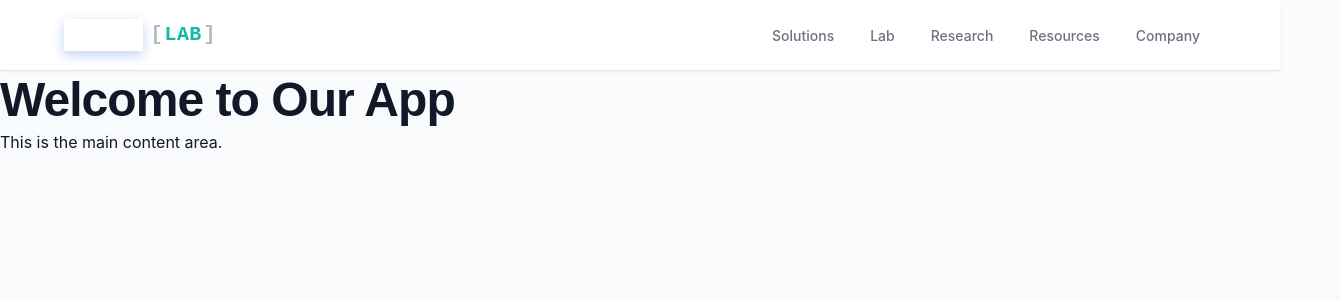
Repository: VladimirGagarin/shelf
Page: /
These files come from the project's save history. The page is drawn as it stood at one moment and after the next save; the edit follows.
The browser window is 1280 px wide. The page is 1340 px wide, so the pictures cover 1340 px, including what lies to the right of the window. The pictures show the whole page.
The project was rebuilt for these pictures with package versions that can differ from the ones it lists, and the page was loaded fresh each time. Also part of the build but not shown: vite.config.js, src/App.css, src/About/about.jsx.

Above is the page before, as saved 2026-07-13 18:29:39.

### index.html
<!doctype html>
<html lang="en">
  <head>
    <meta charset="UTF-8" />
    <link rel="icon" type="image/svg+xml" href="/favicon.svg" />
    <meta name="viewport" content="width=device-width, initial-scale=1.0" />
    <title>shelf-lab</title>
  </head>
  <body>
    <div id="root"></div>
    <script type="module" src="/src/main.jsx"></script>
  </body>
</html>

### src/main.jsx
import { StrictMode } from 'react'
import { createRoot } from 'react-dom/client'
import './index.css'
import App from './App.jsx'
import { createBrowserRouter, RouterProvider } from "react-router-dom";
import AboutPage from './About/about.jsx'

const router = createBrowserRouter([
  {
    path: "/",
    element: <App />,
  },
  {
    path: "/about",
    element: <AboutPage />,
  },
  {
    path:"*",
    element: <App/>,
  }
]);

createRoot(document.getElementById('root')).render(
  <StrictMode>
    <RouterProvider router={router} />
  </StrictMode>,
)

### src/App.jsx
import Navbar from "./Shared/components/Navbar"
import './App.css'

function App() {


  return (
    <>
      <Navbar />
      <section className="LandingPage">
        <h1>Welcome to Our App</h1>
        <p>This is the main content area.</p>
      </section>
      <section className="LandingPage"></section>
    </>
  )
}

export default App

### src/Shared/components/Navbar.jsx
import "./Navbar.css";
import { FaBars, FaTimes } from "react-icons/fa";
import { useState, useEffect, useRef } from "react";

export default function Navbar() {
  const [isMobile, setIsMobile] = useState(window.innerWidth <= 768);
  const [isMenuOpen, setIsMenuOpen] = useState(false);
  const menuRef = useRef(null);
  const buttonRef = useRef(null);

  // Handle window resize
  useEffect(() => {
    const handleResize = () => {
      const mobile = window.innerWidth <= 768;
      setIsMobile(mobile);
      if (!mobile) setIsMenuOpen(false); // Close menu on desktop
    };

    window.addEventListener("resize", handleResize);
    return () => window.removeEventListener("resize", handleResize);
  }, []);

  // Handle click outside to close menu
  useEffect(() => {
    const handleClickOutside = (event) => {
      if (
        isMenuOpen &&
        menuRef.current &&
        !menuRef.current.contains(event.target) &&
        !buttonRef.current.contains(event.target)
      ) {
        setIsMenuOpen(false);
      }
    };

    document.addEventListener("mousedown", handleClickOutside);
    return () => document.removeEventListener("mousedown", handleClickOutside);
  }, [isMenuOpen]);

  // Handle escape key to close menu
  useEffect(() => {
    const handleEscape = (event) => {
      if (isMenuOpen && event.key === "Escape") {
        setIsMenuOpen(false);
      }
    };

    document.addEventListener("keydown", handleEscape);
    return () => document.removeEventListener("keydown", handleEscape);
  }, [isMenuOpen]);

  // Prevent body scroll when menu is open on mobile
  useEffect(() => {
    if (isMenuOpen && isMobile) {
      document.body.style.overflow = "hidden";
    } else {
      document.body.style.overflow = "unset";
    }
    return () => {
      document.body.style.overflow = "unset";
    };
  }, [isMenuOpen, isMobile]);

  const toggleMenu = () => {
    setIsMenuOpen(!isMenuOpen);
  };

  const navItems = [
    {
      title: "Solutions",
      children: [
        { label: "Services", link: "/services" },
        { label: "Industries", link: "/industries" },
        { label: "Case Studies", link: "/case-studies" },
        { label: "Request Solution", link: "/request" },
      ],
    },
    {
      title: "Lab",
      children: [
        { label: "Algorithms", link: "/algorithms" },
        { label: "Experiments", link: "/experiments" },
        { label: "Challenges", link: "/challenges" },
        { label: "Demos", link: "/demos" },
      ],
    },
    {
      title: "Research",
      children: [
        { label: "Research Lab", link: "/research" },
        { label: "Benchmarks", link: "/benchmarks" },
        { label: "Publications", link: "/publications" },
      ],
    },
    {
      title: "Resources",
      children: [
        { label: "Blog", link: "/blog" },
        { label: "Tutorials", link: "/tutorials" },
        { label: "Documentation", link: "/docs" },
      ],
    },
    {
      title: "Company",
      children: [
        { label: "About", link: "/about" },
        { label: "Careers", link: "/careers" },
        { label: "Contact", link: "/contact" },
      ],
    },
  ];

  return (
    <>
      <nav className="navbar" role="navigation" aria-label="Main navigation">
        <div className="navbar-container">
          {/* Logo */}
          <div className="nav-logo">
            <a href="/" aria-label="ShelfLab Home">
              <h2 className="hero-title">
                <span className="shelf-box">SHELF</span>
                <span className="lab-text">LAB</span>
              </h2>
            </a>
          </div>

          {/* Desktop Menu */}
          {!isMobile && (
            <div className="nav-menu">
              <ul className="nav-list">
                {navItems.map((item, index) => (
                  <li key={index} className="nav-item">
                    <button
                      className="nav-link"
                      aria-haspopup="true"
                      aria-expanded="false"
                    >
                      {item.title}
                    </button>
                    <ul className="dropdown-menu">
                      {item.children.map((child, childIndex) => (
                        <li key={childIndex}>
                          <a href={child.link} className="dropdown-link">
                            {child.label}
                          </a>
                        </li>
                      ))}
                    </ul>
                  </li>
                ))}
              </ul>
            </div>
          )}

          {/* Mobile Menu Button */}
          {isMobile && (
            <button
              ref={buttonRef}
              className="menu-toggle"
              onClick={toggleMenu}
              aria-label={isMenuOpen ? "Close menu" : "Open menu"}
              aria-expanded={isMenuOpen}
              aria-controls="mobile-menu"
            >
              {isMenuOpen ? <FaTimes /> : <FaBars />}
            </button>
          )}
        </div>
      </nav>

      {/* Mobile Menu Overlay */}
      {isMobile && (
        <div
          id="mobile-menu"
          ref={menuRef}
          className={`mobile-menu ${isMenuOpen ? "open" : ""}`}
          role="dialog"
          aria-modal="true"
          aria-label="Mobile navigation"
        >
          <div className="mobile-menu-content">
            <ul className="mobile-nav-list">
              {navItems.map((item, index) => (
                <li key={index} className="mobile-nav-item">
                  <div className="mobile-nav-header">
                    <span>{item.title}</span>
                  </div>
                  <ul className="mobile-submenu">
                    {item.children.map((child, childIndex) => (
                      <li key={childIndex}>
                        <a
                          href={child.link}
                          className="mobile-nav-link"
                          onClick={() => setIsMenuOpen(false)}
                        >
                          {child.label}
                        </a>
                      </li>
                    ))}
                  </ul>
                </li>
              ))}
            </ul>
          </div>
        </div>
      )}
    </>
  );
}

### src/About/about.css
/* about.css */

/* ========================================
   ABOUT PAGE STYLES
   ======================================== */

   :root {
  /* ===== COLORS ===== */
  /* Backgrounds */
  --bg-primary: #F8FAFC;
  --bg-surface: #FFFFFF;
  --bg-card: #FFFFFF;

  /* Primary */
  --color-primary: #2563EB;
  --color-primary-hover: #1D4ED8;

  /* Accent */
  --color-accent: #14B8A6;

  /* Text */
  --color-text: #111827;
  --color-text-secondary: #6B7280;

  /* Borders */
  --color-border: #E5E7EB;

  /* Status */
  --color-success: #22C55E;
  --color-warning: #F59E0B;
  --color-danger: #EF4444;

  /* ===== TYPOGRAPHY ===== */
  /* Font Families */
  --font-heading: 'Space Grotesk', 'Sora', sans-serif;
  --font-body: 'Inter', -apple-system, BlinkMacSystemFont, 'Segoe UI', Roboto, sans-serif;
  --font-code: 'JetBrains Mono', 'Fira Code', 'Cascadia Code', monospace;

  /* Font Sizes */
  --text-xs: 0.75rem;    /* 12px */
  --text-sm: 0.875rem;   /* 14px */
  --text-base: 1rem;     /* 16px */
  --text-lg: 1.125rem;   /* 18px */
  --text-xl: 1.25rem;    /* 20px */
  --text-2xl: 1.5rem;    /* 24px */
  --text-3xl: 1.875rem;  /* 30px */
  --text-4xl: 2.25rem;   /* 36px */
  --text-5xl: 3rem;      /* 48px */

  /* Font Weights */
  --font-light: 300;
  --font-regular: 400;
  --font-medium: 500;
  --font-semibold: 600;
  --font-bold: 700;
}

/* ===== DARK THEME ===== */
@media (prefers-color-scheme: dark) {
  :root {
    /* Backgrounds */
    --bg-primary: #0B1220;
    --bg-surface: #111827;
    --bg-card: #1E293B;

    /* Primary */
    --color-primary: #3B82F6;
    --color-primary-hover: #2563EB;

    /* Accent */
    --color-accent: #2DD4BF;

    /* Text */
    --color-text: #F8FAFC;
    --color-text-secondary: #CBD5E1;

    /* Borders */
    --color-border: #334155;

    /* Status */
    --color-success: #22C55E;
    --color-warning: #FBBF24;
    --color-danger: #F87171;
  }
}

/* ========================================
   HERO SECTION
   ======================================== */

.hero-section {
  min-height: 80vh;
  display: flex;
  align-items: center;
  background: linear-gradient(135deg, var(--bg-primary) 0%, var(--bg-surface) 100%);
  padding: 4rem 2rem;
  position: relative;
  overflow: hidden;
}

.hero-content {
  flex: 1;
  max-width: 700px;
  position: relative;
  z-index: 2;
}

.hero-badge {
  display: inline-block;
  background: var(--color-primary);
  color: white;
  padding: 0.25rem 1rem;
  border-radius: 50px;
  font-size: var(--text-xs);
  font-weight: var(--font-semibold);
  text-transform: uppercase;
  letter-spacing: 0.05em;
  margin-bottom: 1.5rem;
}

.hero-content h1 {
  font-size: var(--text-5xl);
  font-weight: var(--font-bold);
  color: var(--color-text);
  margin-bottom: 0.5rem;
  letter-spacing: -0.02em;
}

.hero-content h2 {
  font-size: var(--text-3xl);
  font-weight: var(--font-medium);
  color: var(--color-primary);
  margin-bottom: 1.5rem;
}

.hero-description {
  font-size: var(--text-lg);
  color: var(--color-text-secondary);
  line-height: 1.8;
  max-width: 550px;
  margin-bottom: 2rem;
}

.cta-group {
  display: flex;
  gap: 1rem;
  flex-wrap: wrap;
}

.btn-primary {
  display: inline-flex;
  align-items: center;
  gap: 0.5rem;
  background: var(--color-primary);
  color: white;
  padding: 0.75rem 1.75rem;
  border-radius: 0.5rem;
  font-weight: var(--font-medium);
  text-decoration: none;
  transition: all 0.3s ease;
}

.btn-primary:hover {
  background: var(--color-primary-hover);
  transform: translateY(-2px);
  box-shadow: 0 10px 20px rgba(37, 99, 235, 0.3);
}

.btn-secondary {
  display: inline-flex;
  align-items: center;
  gap: 0.5rem;
  background: transparent;
  color: var(--color-text);
  padding: 0.75rem 1.75rem;
  border: 2px solid var(--color-border);
  border-radius: 0.5rem;
  font-weight: var(--font-medium);
  text-decoration: none;
  transition: all 0.3s ease;
}

.btn-secondary:hover {
  border-color: var(--color-primary);
  color: var(--color-primary);
  transform: translateY(-2px);
}

.hero-visual {
  flex: 1;
  position: relative;
  min-height: 400px;
}

.floating-shapes {
  position: relative;
  width: 100%;
  height: 100%;
}

.shape {
  position: absolute;
  border-radius: 50%;
  background: var(--color-primary);
  opacity: 0.1;
  animation: float 6s ease-in-out infinite;
}

.shape-1 {
  width: 200px;
  height: 200px;
  top: 20%;
  right: 20%;
  animation-delay: 0s;
}

.shape-2 {
  width: 150px;
  height: 150px;
  top: 50%;
  right: 50%;
  animation-delay: 2s;
  background: var(--color-accent);
}

.shape-3 {
  width: 100px;
  height: 100px;
  top: 10%;
  right: 60%;
  animation-delay: 4s;
  background: var(--color-success);
}

@keyframes float {
  0%, 100% { transform: translateY(0) rotate(0deg); }
  50% { transform: translateY(-20px) rotate(10deg); }
}

/* ========================================
   WHO WE ARE SECTION
   ======================================== */

.who-we-are-section {
  padding: 5rem 2rem;
  background: var(--bg-surface);
}

.section-container {
  max-width: 1200px;
  margin: 0 auto;
}

.section-header {
  text-align: center;
  margin-bottom: 3rem;
}

.section-tag {
  display: inline-block;
  color: var(--color-primary);
  font-size: var(--text-xs);
  font-weight: var(--font-semibold);
  text-transform: uppercase;
  letter-spacing: 0.1em;
  margin-bottom: 0.5rem;
}

.section-header h2 {
  font-size: var(--text-4xl);
  font-weight: var(--font-bold);
  color: var(--color-text);
  margin-bottom: 0.75rem;
}

.section-subtitle {
  font-size: var(--text-lg);
  color: var(--color-text-secondary);
  max-width: 600px;
  margin: 0 auto;
}

.who-we-are-grid {
  display: grid;
  grid-template-columns: 1fr 1fr;
  gap: 4rem;
  align-items: center;
}

.who-we-are-content p {
  font-size: var(--text-lg);
  color: var(--color-text-secondary);
  line-height: 1.8;
  margin-bottom: 1.5rem;
}

.who-we-are-stats {
  display: grid;
  grid-template-columns: 1fr 1fr 1fr;
  gap: 2rem;
}

.stat-item {
  text-align: center;
  padding: 2rem;
  background: var(--bg-primary);
  border-radius: 0.75rem;
  border: 1px solid var(--color-border);
}

.stat-number {
  display: block;
  font-size: var(--text-3xl);
  font-weight: var(--font-bold);
  color: var(--color-primary);
  margin-bottom: 0.5rem;
}

.stat-label {
  font-size: var(--text-sm);
  color: var(--color-text-secondary);
}

/* ========================================
   MISSION SECTION
   ======================================== */

.mission-section {
  padding: 5rem 2rem;
  background: linear-gradient(135deg, var(--bg-primary) 0%, var(--bg-surface) 100%);
}

.mission-grid {
  display: grid;
  grid-template-columns: 1fr 1fr;
  gap: 3rem;
  max-width: 1000px;
  margin: 0 auto;
}

.mission-card {
  background: var(--bg-card);
  padding: 3rem;
  border-radius: 1rem;
  border: 1px solid var(--color-border);
  text-align: center;
  transition: all 0.3s ease;
}

.mission-card:hover {
  transform: translateY(-5px);
  box-shadow: 0 20px 40px rgba(0, 0, 0, 0.08);
}

.mission-icon {
  font-size: 3rem;
  margin-bottom: 1rem;
}

.mission-card h3 {
  font-size: var(--text-2xl);
  font-weight: var(--font-bold);
  color: var(--color-text);
  margin-bottom: 1rem;
}

.mission-card p {
  color: var(--color-text-secondary);
  line-height: 1.8;
}

/* ========================================
   PRINCIPLES SECTION
   ======================================== */

.principles-section {
  padding: 5rem 2rem;
  background: var(--bg-surface);
}

.principles-cards {
  display: grid;
  grid-template-columns: repeat(auto-fit, minmax(250px, 1fr));
  gap: 2rem;
}

.principle-card {
  background: var(--bg-card);
  padding: 2.5rem 2rem;
  border-radius: 1rem;
  border: 1px solid var(--color-border);
  text-align: center;
  transition: all 0.3s ease;
}

.principle-card:hover {
  transform: translateY(-5px);
  border-color: var(--color-primary);
  box-shadow: 0 10px 30px rgba(37, 99, 235, 0.1);
}

.principle-icon-wrapper {
  display: inline-flex;
  align-items: center;
  justify-content: center;
  width: 64px;
  height: 64px;
  border-radius: 50%;
  background: var(--bg-primary);
  color: var(--color-primary);
  font-size: 1.5rem;
  margin-bottom: 1rem;
  transition: all 0.3s ease;
}

.principle-card:hover .principle-icon-wrapper {
  background: var(--color-primary);
  color: white;
}

.principle-card h3 {
  font-size: var(--text-xl);
  font-weight: var(--font-semibold);
  color: var(--color-text);
  margin-bottom: 0.5rem;
}

.principle-tagline {
  color: var(--color-primary);
  font-weight: var(--font-medium);
  margin-bottom: 0.75rem;
}

.principle-description {
  color: var(--color-text-secondary);
  font-size: var(--text-sm);
  line-height: 1.6;
}

/* ========================================
   WORKFLOW SECTION
   ======================================== */

.workflow-section {
  padding: 5rem 2rem;
  background: var(--bg-primary);
}

.workflow-steps {
  display: flex;
  justify-content: space-between;
  align-items: flex-start;
  gap: 1rem;
  overflow-x: auto;
  padding: 1rem 0;
}

.workflow-step-wrapper {
  display: flex;
  align-items: center;
  flex: 1;
  min-width: 140px;
}

.step-card {
  background: var(--bg-card);
  padding: 2rem 1.5rem;
  border-radius: 0.75rem;
  border: 1px solid var(--color-border);
  text-align: center;
  flex: 1;
  transition: all 0.3s ease;
  position: relative;
}

.step-card:hover {
  transform: translateY(-5px);
  border-color: var(--color-primary);
  box-shadow: 0 10px 30px rgba(37, 99, 235, 0.1);
}

.step-number {
  display: inline-flex;
  align-items: center;
  justify-content: center;
  width: 40px;
  height: 40px;
  border-radius: 50%;
  background: var(--color-primary);
  color: white;
  font-weight: var(--font-bold);
  margin-bottom: 1rem;
}

.step-icon {
  font-size: 1.5rem;
  color: var(--color-primary);
  margin-bottom: 0.75rem;
}

.step-card h3 {
  font-size: var(--text-base);
  font-weight: var(--font-semibold);
  color: var(--color-text);
  margin-bottom: 0.5rem;
}

.step-card p {
  font-size: var(--text-xs);
  color: var(--color-text-secondary);
}

.step-connector {
  color: var(--color-text-secondary);
  font-size: 1.5rem;
  padding: 0 0.5rem;
  flex-shrink: 0;
}

/* ========================================
   INDUSTRIES SECTION
   ======================================== */

.industries-section {
  padding: 5rem 2rem;
  background: var(--bg-surface);
}

.industries-grid {
  display: grid;
  grid-template-columns: repeat(auto-fit, minmax(250px, 1fr));
  gap: 2rem;
}

.industry-card {
  background: var(--bg-card);
  padding: 2.5rem 2rem;
  border-radius: 1rem;
  border: 1px solid var(--color-border);
  text-align: center;
  transition: all 0.3s ease;
}

.industry-card:hover {
  transform: translateY(-5px);
  box-shadow: 0 10px 30px rgba(0, 0, 0, 0.08);
}

.industry-icon {
  font-size: 2.5rem;
  color: var(--color-primary);
  margin-bottom: 1rem;
}

.industry-card h3 {
  font-size: var(--text-xl);
  font-weight: var(--font-semibold);
  color: var(--color-text);
  margin-bottom: 1rem;
}

.industry-items {
  list-style: none;
  padding: 0;
  margin: 0;
}

.industry-items li {
  padding: 0.5rem 0;
  color: var(--color-text-secondary);
  font-size: var(--text-sm);
  border-bottom: 1px solid var(--color-border);
}

.industry-items li:last-child {
  border-bottom: none;
}

/* ========================================
   WHY SHELFLAB SECTION
   ======================================== */

.why-shelflab-section {
  padding: 5rem 2rem;
  background: var(--bg-primary);
}

.why-shelflab-grid {
  display: grid;
  grid-template-columns: repeat(auto-fit, minmax(300px, 1fr));
  gap: 2rem;
}

.why-shelflab-card {
  background: var(--bg-card);
  padding: 3rem 2rem;
  border-radius: 1rem;
  border: 1px solid var(--color-border);
  text-align: center;
  transition: all 0.3s ease;
}

.why-shelflab-card:hover {
  transform: translateY(-5px);
  box-shadow: 0 10px 30px rgba(0, 0, 0, 0.08);
}

.pillar-icon {
  font-size: 3rem;
  color: var(--color-primary);
  margin-bottom: 1rem;
}

.why-shelflab-card h3 {
  font-size: var(--text-xl);
  font-weight: var(--font-semibold);
  color: var(--color-text);
  margin-bottom: 0.75rem;
}

.why-shelflab-card p {
  color: var(--color-text-secondary);
  line-height: 1.6;
}

/* ========================================
   CTA SECTION
   ======================================== */

.cta-section {
  padding: 5rem 2rem;
  background: linear-gradient(135deg, var(--color-primary) 0%, var(--color-primary-hover) 100%);
  text-align: center;
  position: relative;
  overflow: hidden;
}

.cta-section::before {
  content: '';
  position: absolute;
  top: -50%;
  right: -50%;
  width: 100%;
  height: 200%;
  background: rgba(255, 255, 255, 0.05);
  transform: rotate(30deg);
}

.cta-content {
  position: relative;
  z-index: 1;
  max-width: 700px;
  margin: 0 auto;
}

.cta-content h2 {
  font-size: var(--text-4xl);
  font-weight: var(--font-bold);
  color: white;
  margin-bottom: 1.5rem;
}

.cta-content p {
  font-size: var(--text-lg);
  color: rgba(255, 255, 255, 0.9);
  line-height: 1.8;
  margin-bottom: 2rem;
}

.btn-large {
  padding: 1rem 2.5rem;
  font-size: var(--text-lg);
  background: white;
  color: var(--color-primary);
}

.btn-large:hover {
  background: var(--bg-primary);
  transform: translateY(-3px);
  box-shadow: 0 15px 30px rgba(0, 0, 0, 0.2);
}

/* ========================================
   FOOTER
   ======================================== */

.footer {
  background: var(--bg-surface);
  border-top: 1px solid var(--color-border);
  padding: 3rem 2rem 1rem;
}

.footer-content {
  max-width: 1200px;
  margin: 0 auto;
  display: grid;
  grid-template-columns: 2fr 3fr;
  gap: 3rem;
  margin-bottom: 2rem;
}

.footer-brand h2 {
  font-size: var(--text-2xl);
  color: var(--color-primary);
  margin-bottom: 0.5rem;
}

.footer-brand p {
  color: var(--color-text-secondary);
}

.footer-links {
  display: grid;
  grid-template-columns: repeat(3, 1fr);
  gap: 2rem;
}

.footer-column h4 {
  font-size: var(--text-sm);
  font-weight: var(--font-semibold);
  color: var(--color-text);
  margin-bottom: 1rem;
}

.footer-column a {
  display: block;
  color: var(--color-text-secondary);
  text-decoration: none;
  padding: 0.25rem 0;
  font-size: var(--text-sm);
  transition: color 0.3s ease;
}

.footer-column a:hover {
  color: var(--color-primary);
}

.footer-bottom {
  max-width: 1200px;
  margin: 0 auto;
  padding-top: 2rem;
  border-top: 1px solid var(--color-border);
  text-align: center;
}

.footer-bottom p {
  color: var(--color-text-secondary);
  font-size: var(--text-sm);
}

/* ========================================
   RESPONSIVE DESIGN
   ======================================== */

@media (max-width: 1024px) {
  .hero-section {
    flex-direction: column;
    text-align: center;
    padding: 3rem 1.5rem;
  }

  .hero-content {
    max-width: 100%;
  }

  .hero-description {
    margin: 0 auto 2rem;
  }

  .cta-group {
    justify-content: center;
  }

  .who-we-are-grid {
    grid-template-columns: 1fr;
    gap: 2rem;
  }

  .mission-grid {
    grid-template-columns: 1fr;
    gap: 2rem;
  }

  .footer-content {
    grid-template-columns: 1fr;
    gap: 2rem;
  }
}

@media (max-width: 768px) {
  .hero-content h1 {
    font-size: var(--text-3xl);
  }

  .hero-content h2 {
    font-size: var(--text-2xl);
  }

  .hero-description {
    font-size: var(--text-base);
  }

  .who-we-are-stats {
    grid-template-columns: 1fr;
    gap: 1rem;
  }

  .workflow-steps {
    flex-direction: column;
    align-items: stretch;
  }

  .workflow-step-wrapper {
    flex-direction: column;
    min-width: auto;
  }

  .step-connector {
    transform: rotate(90deg);
    padding: 0.5rem 0;
  }

  .footer-links {
    grid-template-columns: 1fr 1fr;
  }

  .cta-content h2 {
    font-size: var(--text-3xl);
  }

  .principles-cards {
    grid-template-columns: 1fr 1fr;
  }
}

@media (max-width: 480px) {
  .hero-section {
    padding: 2rem 1rem;
    min-height: 60vh;
  }

  .hero-content h1 {
    font-size: var(--text-2xl);
  }

  .hero-content h2 {
    font-size: var(--text-xl);
  }

  .cta-group {
    flex-direction: column;
    align-items: center;
  }

  .btn-primary,
  .btn-secondary {
    width: 100%;
    justify-content: center;
  }

  .principles-cards {
    grid-template-columns: 1fr;
  }

  .industries-grid {
    grid-template-columns: 1fr;
  }

  .why-shelflab-grid {
    grid-template-columns: 1fr;
  }

  .footer-links {
    grid-template-columns: 1fr;
  }

  .section-header h2 {
    font-size: var(--text-3xl);
  }

  .mission-card {
    padding: 2rem 1.5rem;
  }
}

/* ========================================
   DARK THEME OVERRIDES
   ======================================== */

@media (prefers-color-scheme: dark) {
  .hero-section {
    background: linear-gradient(135deg, var(--bg-primary) 0%, var(--bg-surface) 100%);
  }

  .mission-section {
    background: linear-gradient(135deg, var(--bg-primary) 0%, var(--bg-surface) 100%);
  }

  .principle-card:hover {
    box-shadow: 0 10px 30px rgba(59, 130, 246, 0.15);
  }

  .stat-item {
    background: var(--bg-surface);
  }

  .cta-section {
    background: linear-gradient(135deg, #1D4ED8 0%, #1E3A8A 100%);
  }
}

/* ========================================
   ACCESSIBILITY
   ======================================== */

@media (prefers-reduced-motion: reduce) {
  * {
    animation-duration: 0.01ms !important;
    animation-iteration-count: 1 !important;
    transition-duration: 0.01ms !important;
  }
}

:focus-visible {
  outline: 2px solid var(--color-primary);
  outline-offset: 2px;
}

/* ========================================
   HERO TITLE WITH STYLED SHELF & LAB
   ======================================== */

.hero-title {
  font-size: var(--text-5xl);
  font-weight: var(--font-bold);
  color: var(--color-text);
  margin-bottom: 0.5rem;
  letter-spacing: -0.02em;
  display: flex;
  align-items: center;
  flex-wrap: wrap;
  gap: 0.25rem;
}

/* SHELF in a box */
.shelf-box {
  display: inline-block;
  background:transparent;
  color: white;
  padding: 0.25rem;
  border-radius: 1px;
  bor
  font-family: var(--font-heading);
  font-weight: var(--font-bold);
  letter-spacing: 0.05em;
  position: relative;
  transition: all 0.3s ease;
  box-shadow: 0 4px 12px rgba(37, 99, 235, 0.3);
}

.shelf-box:hover {
  transform: scale(1.05);
  box-shadow: 0 8px 24px rgba(37, 99, 235, 0.4);
}

/* LAB in different font */
.lab-text {
  display: inline-block;
  font-family: var(--font-code);
  font-weight: var(--font-bold);
  color: var(--color-accent);
  letter-spacing: 0.02em;
  position: relative;
  padding: 0 0.25rem;
  transition: all 0.3s ease;
}

.lab-text::before {
  content: '[';
  color: var(--color-text-secondary);
  opacity: 0.5;
  margin-right: 0.1rem;
}

.lab-text::after {
  content: ']';
  color: var(--color-text-secondary);
  opacity: 0.5;
  margin-left: 0.1rem;
}

.lab-text:hover {
  color: var(--color-primary);
  transform: translateY(-2px);
}

/* Alternative: If you want LAB in a different color and font with badge style */
.lab-text-badge {
  display: inline-block;
  font-family: var(--font-code);
  font-weight: var(--font-bold);
  background: var(--bg-card);
  color: var(--color-accent);
  padding: 0.1rem 0.5rem;
  border-radius: 0.25rem;
  border: 2px solid var(--color-accent);
  letter-spacing: 0.05em;
  transition: all 0.3s ease;
}

.lab-text-badge:hover {
  background: var(--color-accent);
  color: white;
  transform: rotate(-2deg) scale(1.05);
}

/* ========================================
   RESPONSIVE ADJUSTMENTS FOR TITLE
   ======================================== */

@media (max-width: 768px) {
  .hero-title {
    font-size: var(--text-3xl);
    gap: 0.15rem;
  }

  .shelf-box {
    padding: 0.05rem 0.5rem;
    font-size: var(--text-3xl);
  }

  .lab-text {
    font-size: var(--text-3xl);
  }
}

@media (max-width: 480px) {
  .hero-title {
    font-size: var(--text-2xl);
    gap: 0.1rem;
  }

  .shelf-box {
    padding: 0.05rem 0.4rem;
    font-size: var(--text-2xl);
  }

  .lab-text {
    font-size: var(--text-2xl);
  }
}

Loaded but not shown: src/Shared/components/Navbar.css (606 lines, source omitted); src/index.css (384 lines, source omitted)

After the next save:
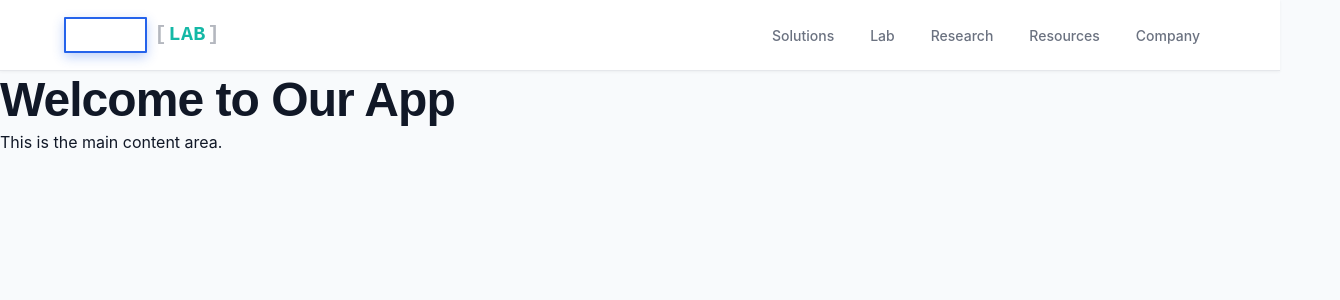
Saved 14 s later.
--- a/src/About/about.css
+++ b/src/About/about.css
@@ -949,7 +949,7 @@
   color: white;
   padding: 0.25rem;
   border-radius: 1px;
-  bor
+  border: 2px solid var(--color-primary);
   font-family: var(--font-heading);
   font-weight: var(--font-bold);
   letter-spacing: 0.05em;
